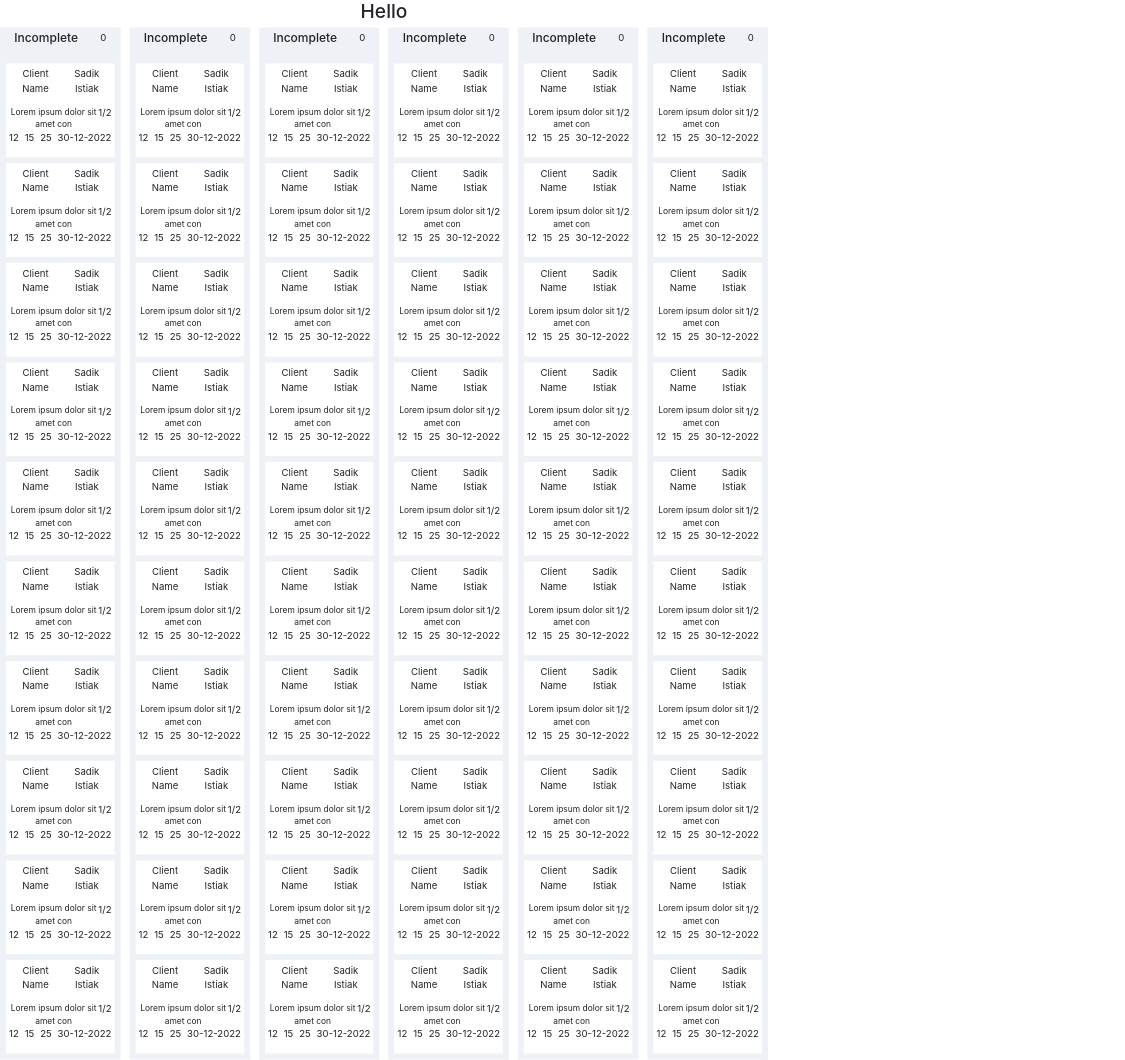
Repository: Sharif-00112/dashboard-task-frontend
Page: /
The author's editor kept a copy of each file at every save. The page is drawn from the files as they stood at one save, then again after the next save.
The browser window is 1280 px wide. The page is 1280 px wide, then 1875 px, so the pictures cover 1875 px, including what lies to the right of the window. The pictures show the whole page, at 60% of full size.
The project was rebuilt for these pictures with package versions that can differ from the ones it lists, and the page was loaded fresh each time.

Above is the page before, as saved 2023-01-28 20:56:30.

After the next save:
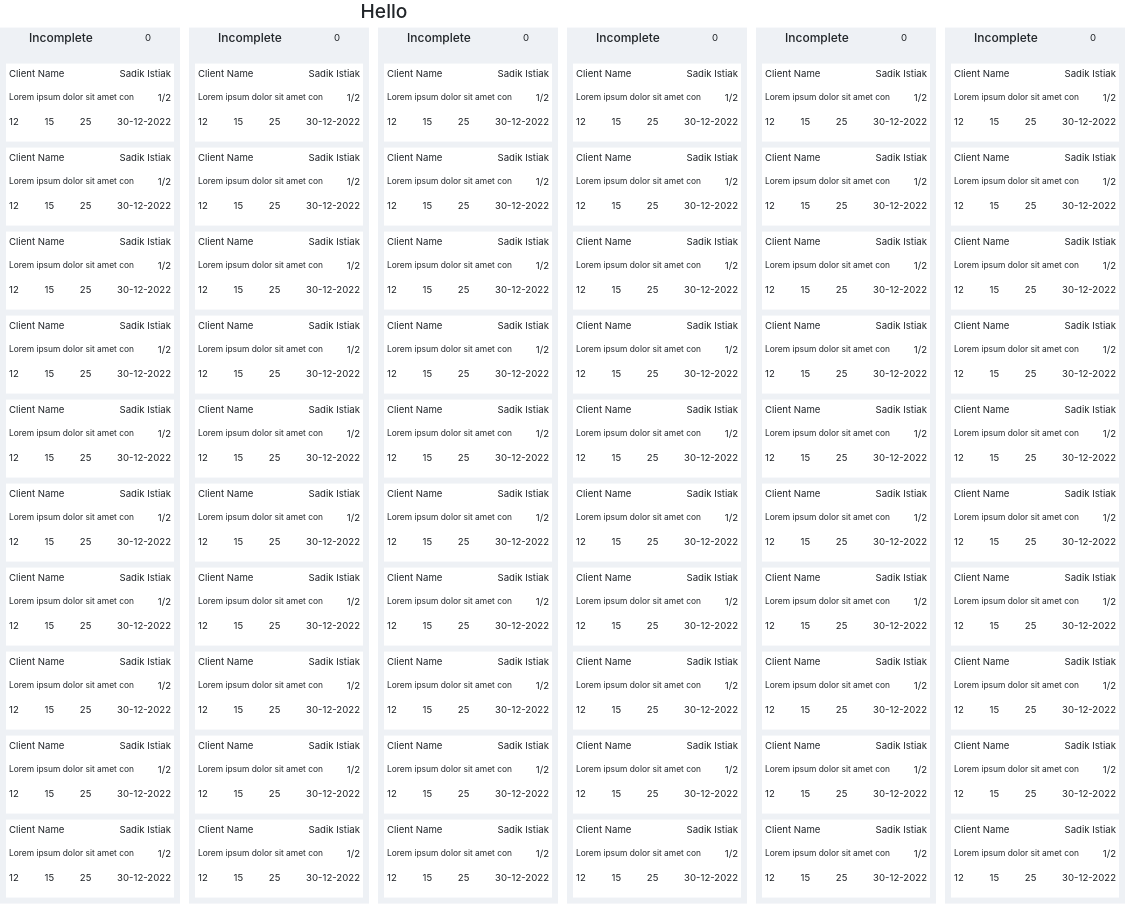
Saved 42 s later.
--- a/src/Components/styles.css
+++ b/src/Components/styles.css
@@ -1,5 +1,9 @@
 .background{
     background-color: rgb(238, 241, 245);
+}
+
+.section-container{
+    width: 300px;
 }
 
 #scrolling-y{
